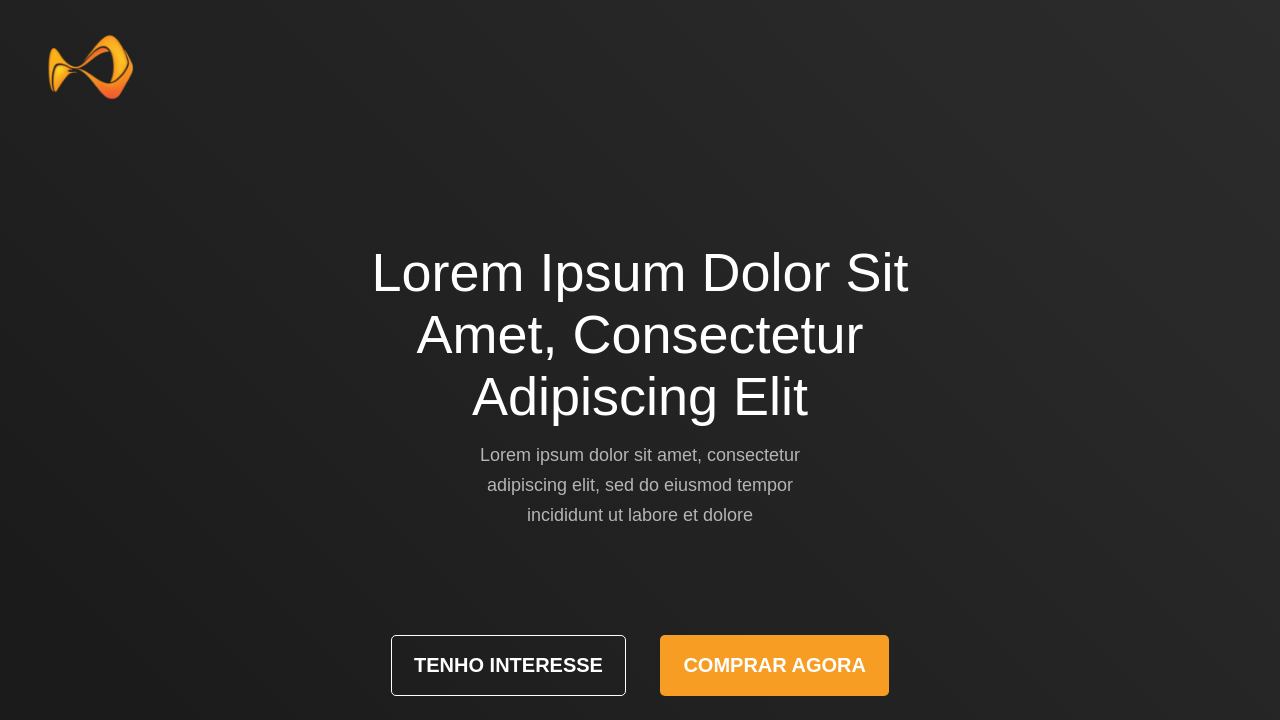
Repository: Rafael-Araujo-dev/Treinamento-Raccoon
Page: Projeto-2/index.html
An editor plug-in stored every save of this project. The page is shown before and after the next save, followed by the edit.
The browser window is 1280 px wide. The pictures show the whole page.
Some web fonts or font styles are not loaded; a fallback is used.

Above is the page before, as saved 2021-09-23 07:33:54.

After the next save:
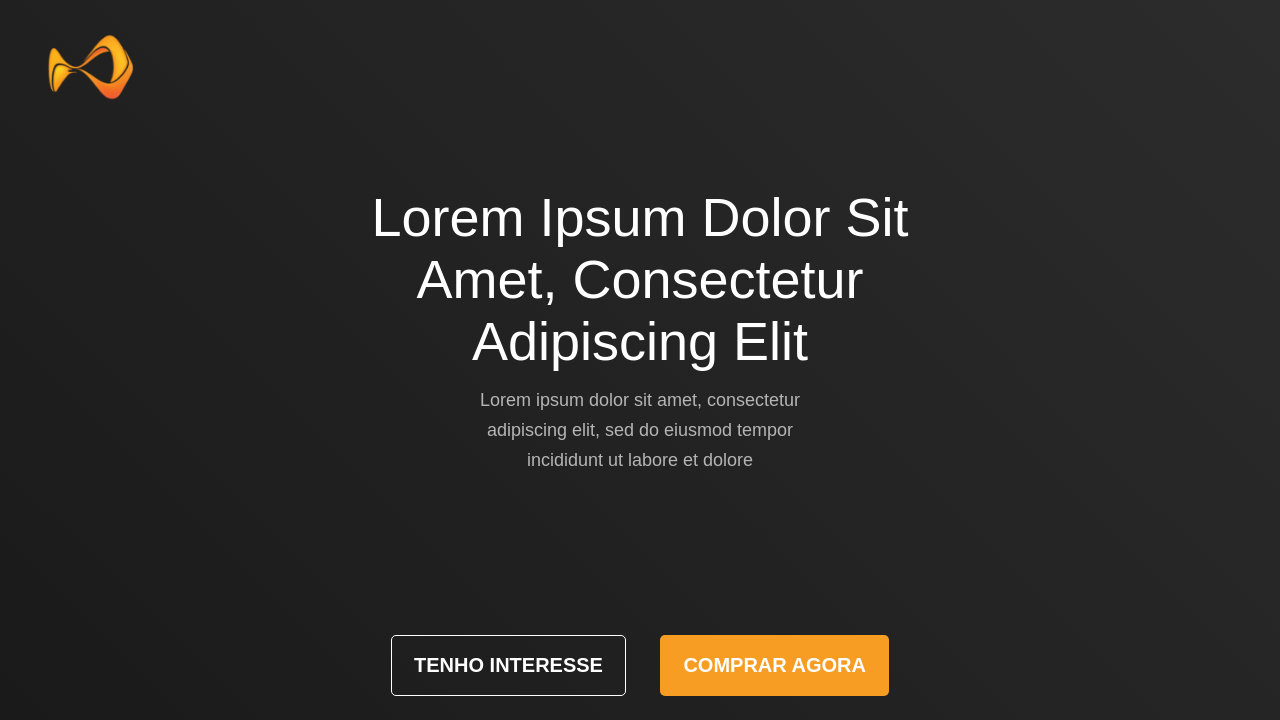
Saved 4 s later.
--- a/Projeto-2/css/style.css
+++ b/Projeto-2/css/style.css
@@ -95,7 +95,7 @@
 
 .hero-title {
     font-size: 54px;
-    margin-top: 15.5vh;
+    /* margin-top: 15.5vh; */
     text-transform: capitalize;
 }
 
